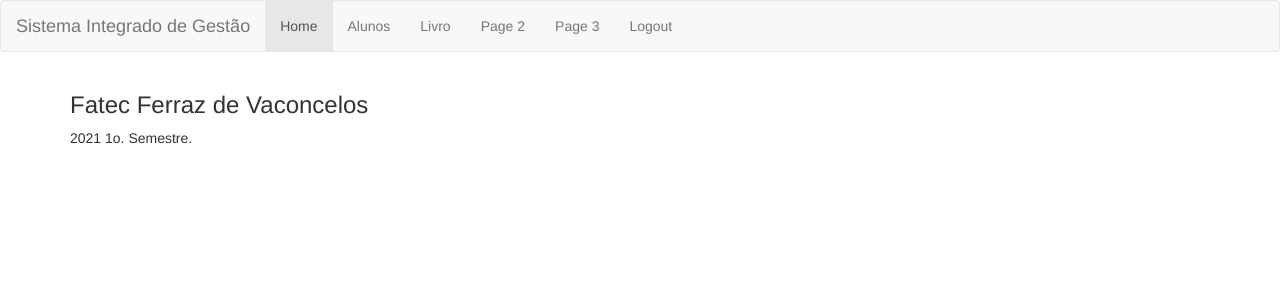
Repository: Melissa-fatec/20211-grupo08
Page: http://localhost/paginaMenu
The author's editor kept a copy of each file at every save. The page is drawn from the files as they stood at one save, then again after the next save.
The browser window is 1280 px wide. The pictures show the whole page.
The page is this project's Thymeleaf template; nobody is signed in. The template is opened directly, without the code that normally fills it, so the values that code supplies are empty.

Above is the page before, as saved 2021-03-15 23:14:10.

### sprint1/cinema/src/main/resources/templates/paginaMenu.html
<!DOCTYPE html>
<html lang="en">
<head>
 <title>Sistema Integrado de Gestão</title>
 <meta charset="utf-8">
 <meta name="viewport" content="width=device-width, initial-scale=1">
 <link rel="stylesheet" href="https://maxcdn.bootstrapcdn.com/bootstrap/3.4.1/css/bootstrap.min.css">
 <script src="https://ajax.googleapis.com/ajax/libs/jquery/3.5.1/jquery.min.js"></script>
 <script src="https://maxcdn.bootstrapcdn.com/bootstrap/3.4.1/js/bootstrap.min.js"></script>
</head>
<body>
<nav class="navbar navbar-default">
 <div class="container-fluid">
 <div class="navbar-header">
 <a class="navbar-brand" href="#">Sistema Integrado de Gestão</a>
 </div>
 <ul class="nav navbar-nav">
 <li class="active"><a href="#">Home</a></li>

 <li> <a th:href="@{/aluno/cadastrar}"> Alunos </a> </li>
 <li> <a th:href="@{/livro/cadastrar}"> Livro </a> </li>

 <li><a href="#">Page 2</a></li>
 <li><a href="#">Page 3</a></li>
 <li><a th:href="@{/login?logout}">Logout</a></li>
 </ul>
 </div>
</nav>
<div class="container">
 <h3>Fatec Ferraz de Vaconcelos </h3>
 <p> 2021 1o. Semestre.</p>
</div>
</body>
</html>

After the next save:
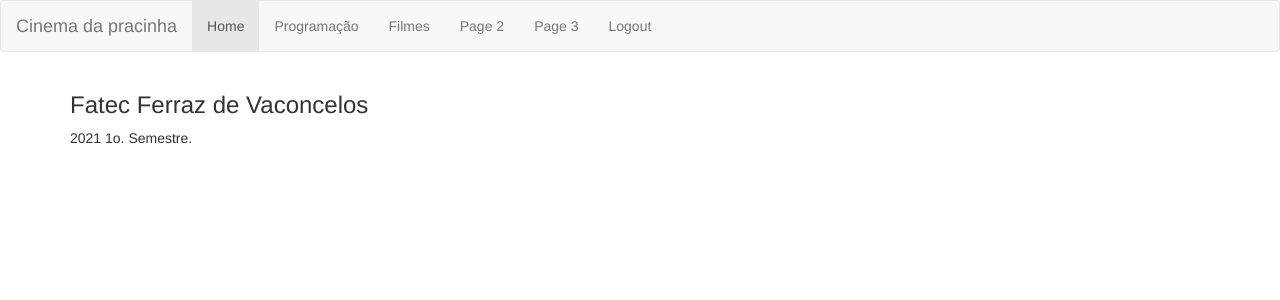
Saved 24 min 12 s later.
--- a/sprint1/cinema/src/main/resources/templates/paginaMenu.html
+++ b/sprint1/cinema/src/main/resources/templates/paginaMenu.html
@@ -12,13 +12,13 @@
 <nav class="navbar navbar-default">
  <div class="container-fluid">
  <div class="navbar-header">
- <a class="navbar-brand" href="#">Sistema Integrado de Gestão</a>
+ <a class="navbar-brand" href="#">Cinema da pracinha</a>
  </div>
  <ul class="nav navbar-nav">
  <li class="active"><a href="#">Home</a></li>
 
- <li> <a th:href="@{/aluno/cadastrar}"> Alunos </a> </li>
- <li> <a th:href="@{/livro/cadastrar}"> Livro </a> </li>
+ <li> <a th:href="@{/aluno/cadastrar}"> Programação </a> </li>
+ <li> <a th:href="@{/livro/cadastrar}"> Filmes </a> </li>
 
  <li><a href="#">Page 2</a></li>
  <li><a href="#">Page 3</a></li>
